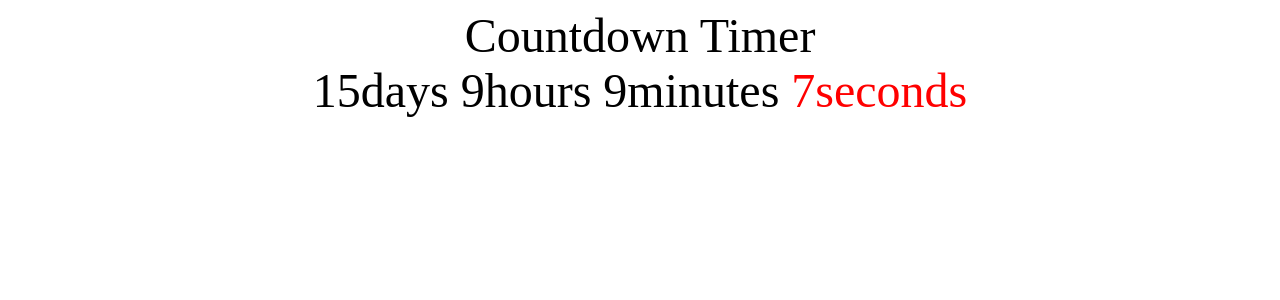
Repository: sinarinzifabrice/Events
Page: index.html
The author's editor kept a copy of each file at every save. The page is drawn from the files as they stood at one save, then again after the next save.
The browser window is 1280 px wide. The pictures show the whole page.

Above is the page before, as saved 2024-05-16 09:59:49.

After the next save:
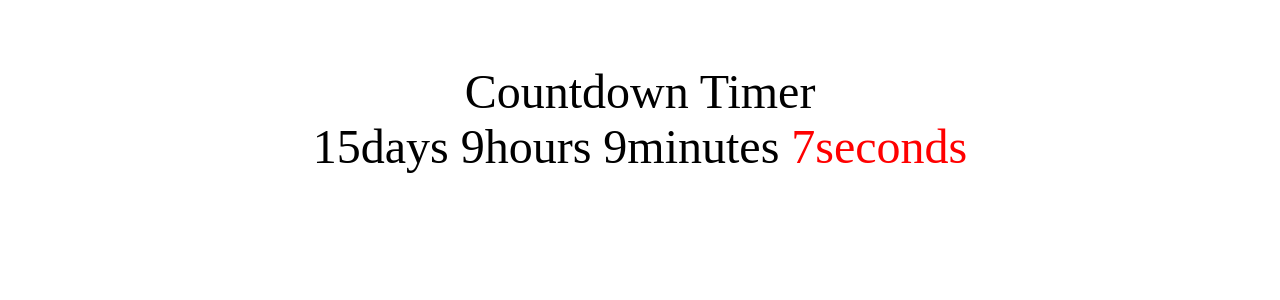
Saved 18 s later.
--- a/index.html
+++ b/index.html
@@ -24,7 +24,7 @@
 </head>
 <body>
 
-   <div class="countdown">Countdown Timer</div>
+   <div class="countdown"><h1></h1>Countdown Timer</div>
    <div id="countdown" class="countdown"></div>
 
 
